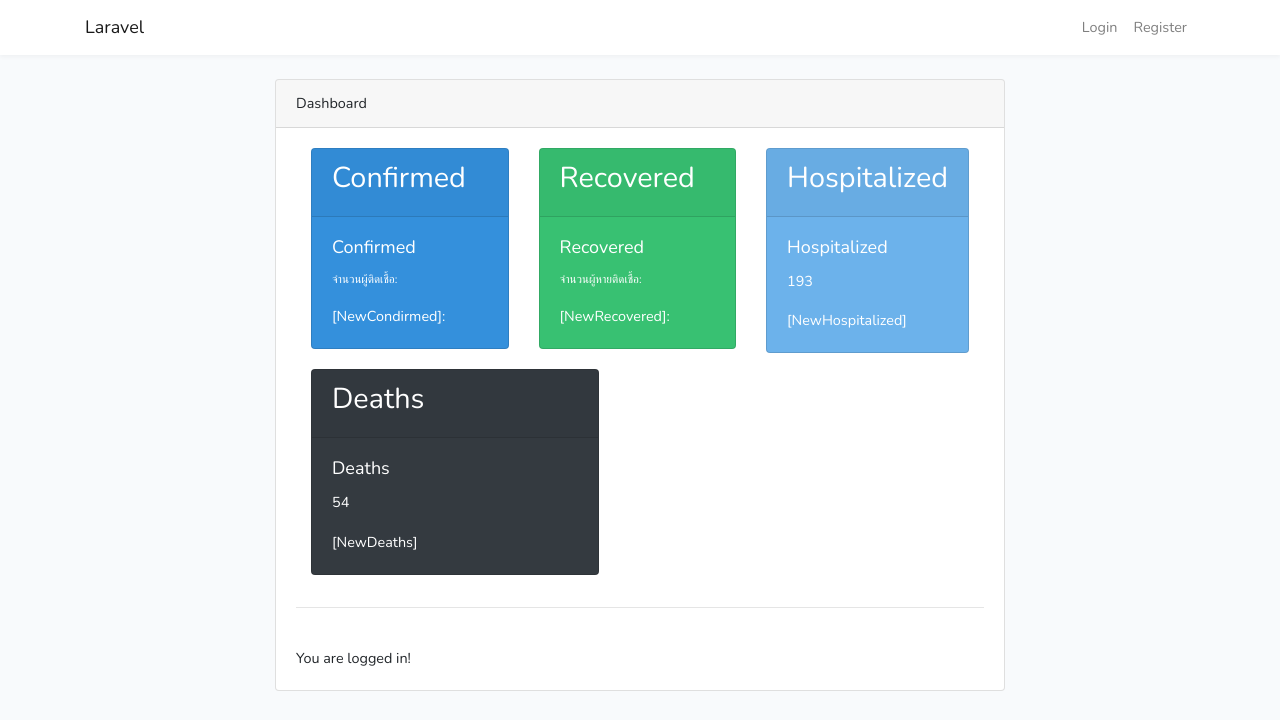
Repository: tlexDett/Covid19Ubon
Page: resources/views/home.blade.php
These files come from the project's save history. The page is drawn as it stood at one moment and after the next save; the edit follows.
The browser window is 1280 px wide. The pictures show the whole page.
The page is served by the project's Laravel application, run on PHP 8.4 with Laravel 8. The template is opened directly, without the code that normally fills it, so the values that code supplies are empty.

Above is the page before, as saved 2020-05-06 16:14:23.

After the next save:
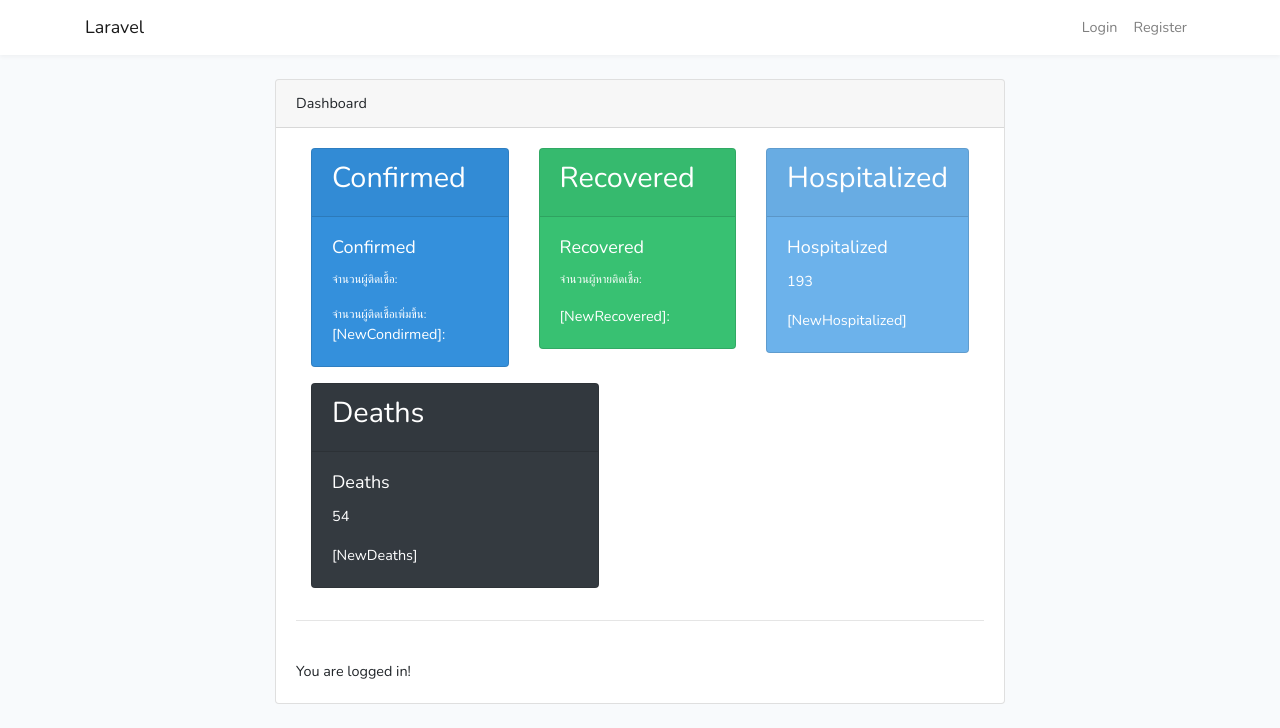
Saved 43 s later.
--- a/Covid19Ubon/resources/views/home.blade.php
+++ b/Covid19Ubon/resources/views/home.blade.php
@@ -27,6 +27,7 @@
                             {{$json->Confirmed}}
 
                             </p>
+                            <small id="" class="form-text text-muted" style="color: #ffffff !important;">จำนวนผู้ติดเชื้อเพิ่มขึ้น:</small>
                             <p class="card-text">[NewCondirmed]: {{$json->NewConfirmed}}</p>
 
                         </div>
